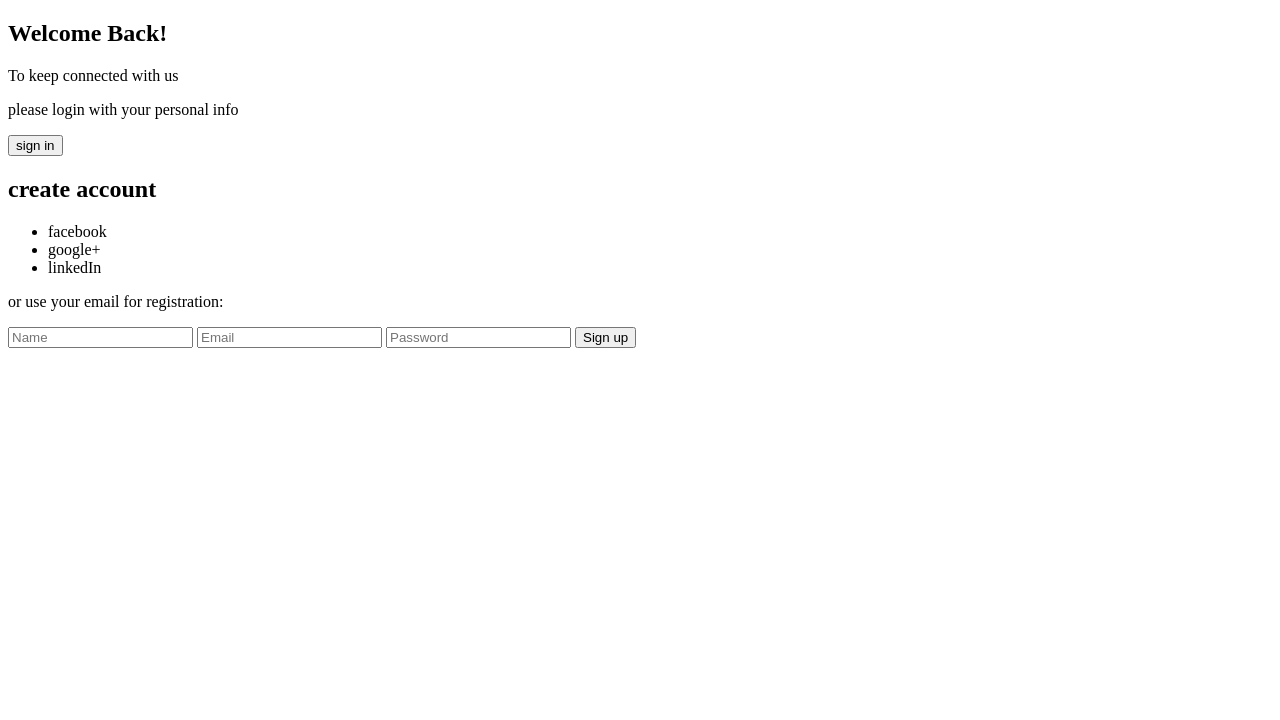
Repository: Gcodeco/ii9Telecom
Page: dist/public/login.html
These files come from the project's save history. The page is drawn as it stood at one moment and after the next save; the edit follows.
The browser window is 1280 px wide. The pictures show the whole page.

Above is the page before, as saved 2024-10-29 18:56:25.

After the next save:
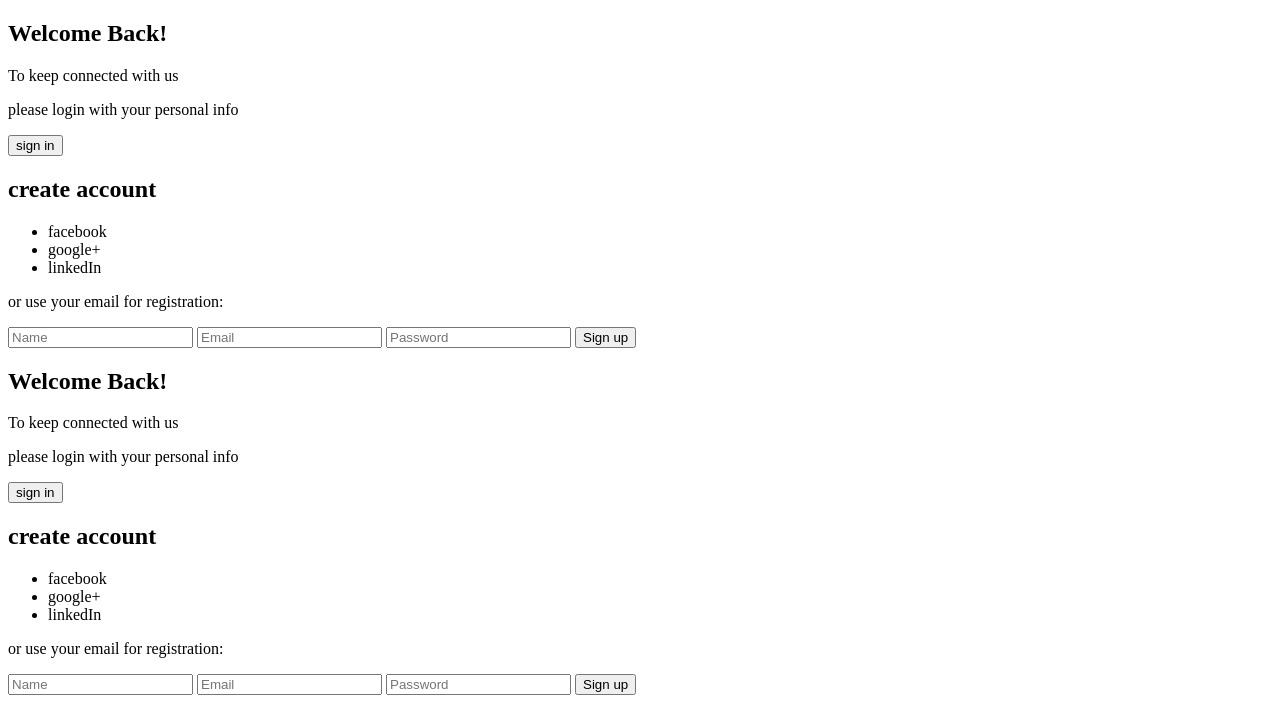
Saved 14 s later.
--- a/dist/public/login.html
+++ b/dist/public/login.html
@@ -32,7 +32,32 @@
                 </form>
             </div>
         </div>
-        <div class="content second content"></div>
+        <div class="content second content">
+            <div class="content first content">
+                <div class="first column">
+                    <h2 class="title">Welcome Back!</h2>
+                    <p class="description">To keep connected with us</p>
+                    <p class="description">please login with your personal info</p>
+                    <button class="btn">sign in</button>
+                </div>
+                <div class="second column">
+                    <h2 class="title">create account</h2>
+                    <div class="social-media">
+                    <ul>
+                        <li class="li"><a href="#"></a>facebook</li>
+                        <li class="li"><a href="#"></a>google+</li>
+                        <li class="li"><a href="#"></a>linkedIn</li>
+                    </ul>
+                    </div>
+                    <p class="description">or use your email for registration: </p>
+                    <form class="form">
+                        <input type="text" placeholder="Name">
+                        <input type="text" placeholder="Email">
+                        <input type="text" placeholder="Password">
+                        <button class="btn">Sign up</button>
+                    </form>
+                </div>
+        </div>
     </div>
 </body>
 </html>
